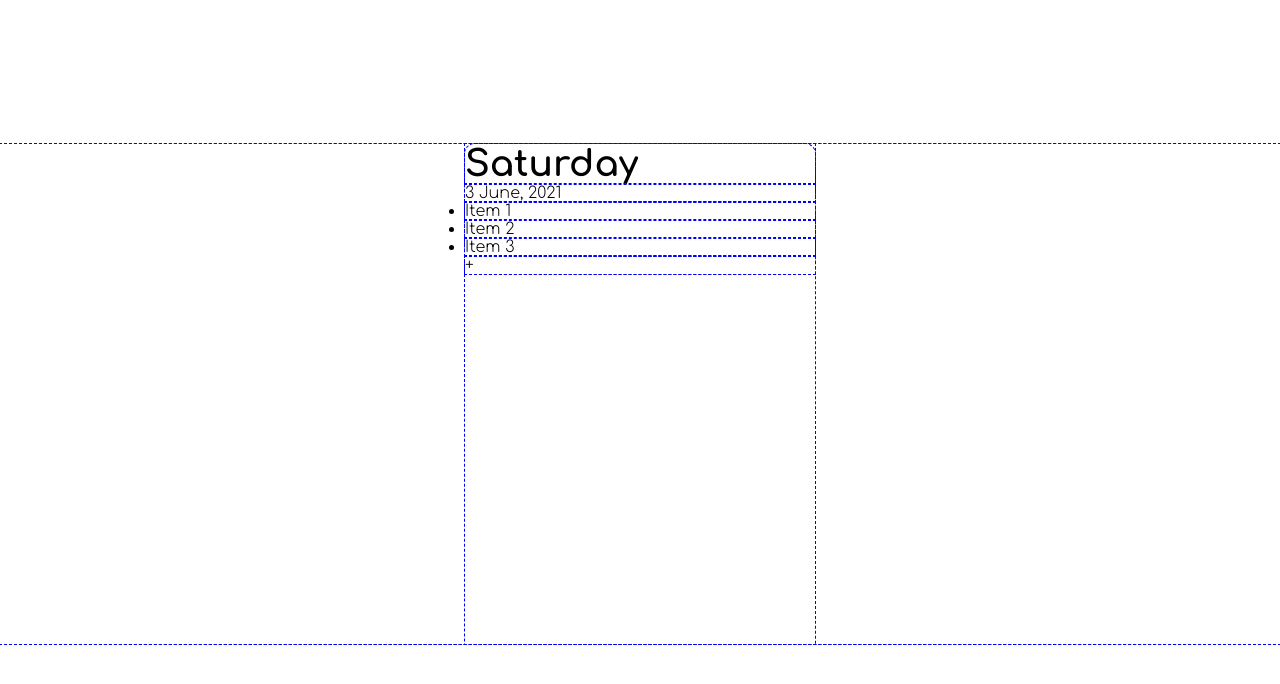
Repository: Colo-Codes/mini-projects
Page: todo-app/index.html
An editor plug-in stored every save of this project. The page is shown before and after the next save, followed by the edit.
The browser window is 1280 px wide. The pictures show the whole page.

Above is the page before, as saved 2021-07-04 11:07:17.

After the next save:
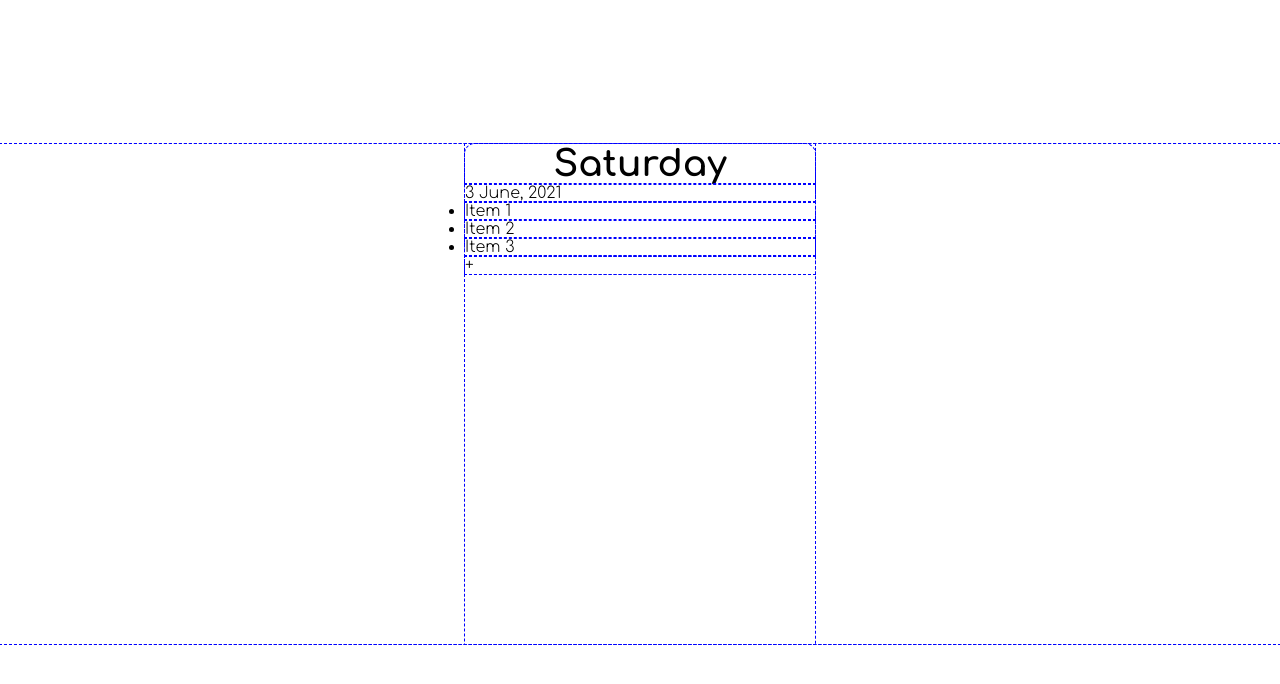
Saved 7 s later.
--- a/todo-app/css/index.css
+++ b/todo-app/css/index.css
@@ -31,5 +31,5 @@ body {
 #todo--header header {
     font-size: 2.25rem;
     font-weight: 700;
-    margin: auto;
+    text-align: center;
 }
